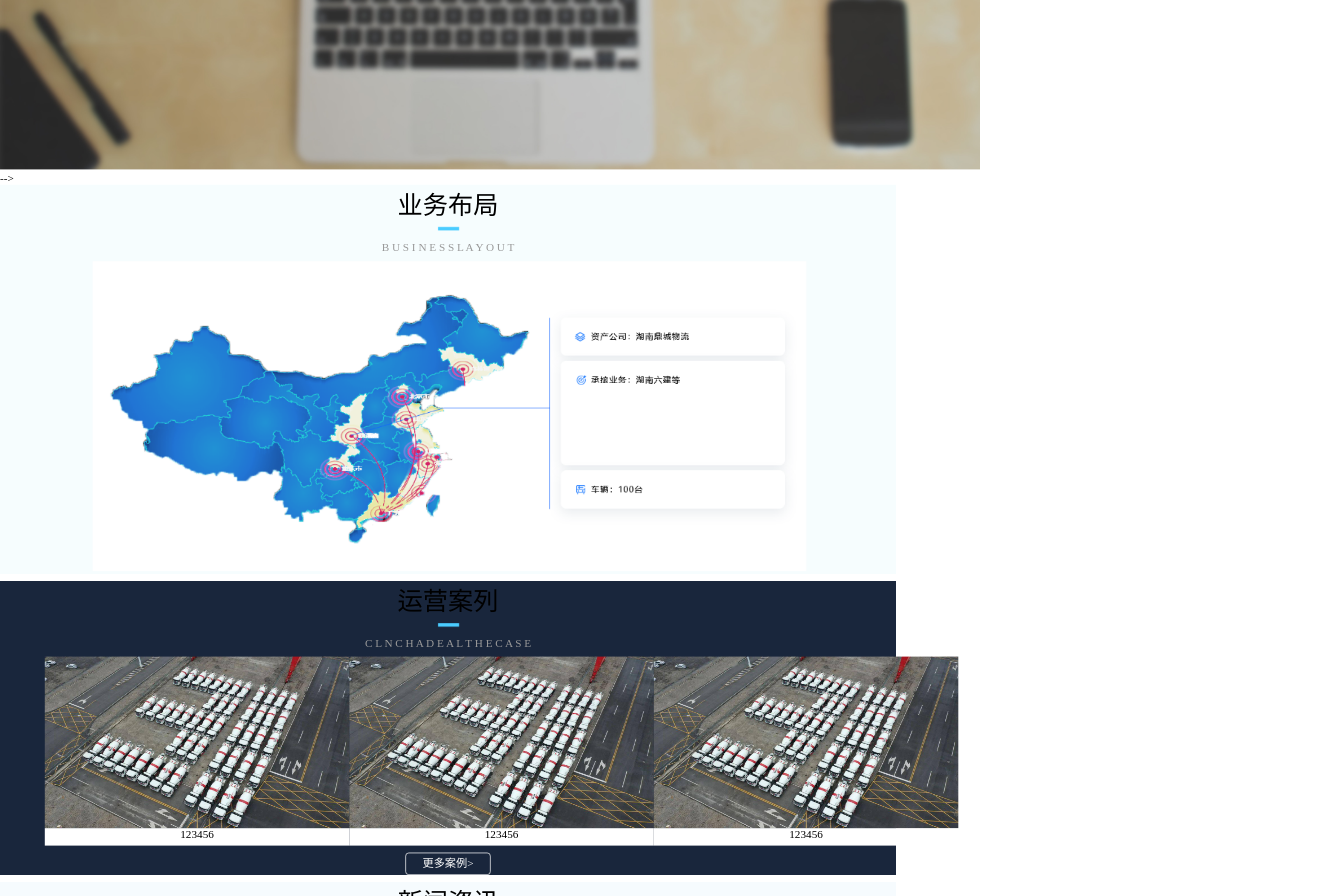
Repository: nzrdjdj/nzrdjdj.github.io
Page: index.html
An editor plug-in stored every save of this project. The page is shown before and after the next save, followed by the edit.
The browser window is 1280 px wide. The page is 1920 px wide, so the pictures cover 1920 px, including what lies to the right of the window. The pictures show the part of the page from y = 2060 to 3340 px (the page is 4360 px tall before and 4342 px after), at 70% of full size.

Above is the page before, as saved 2021-10-09 09:59:02.

### index.html
<!DOCTYPE html>
<html lang="en">

<head>
    <meta charset="UTF-8">
    <meta http-equiv="X-UA-Compatible" content="IE=edge">
    <meta name="viewport" content="width=device-width, initial-scale=1.0">
    <title>首页</title>
    <link rel="stylesheet" href="./css/index.css">
    <link rel="stylesheet" href="./css/lunbo.css">
</head>

<script>
    // var nei = document.getElementById("ab").children;
    // var left = document.getElementsByClassName("left")[0];
    // var lunbo = document.getElementsByClassName("lunbo")[0];
    // var right = document.getElementsByClassName("right")[0];
    // var bu = document.getElementById("bu").children;
    // var index = 0

    // function str() {
    //     index++
    //     if (index >= 6) {
    //         index = 0;
    //     }
    //     main()
    // }

    // function main() {
    //     for (var i = 0; i < nei.length; i++) {
    //         nei[i].style.display = "none"
    //         bu[i].classList.remove("hei")
    //     }
    //         nei[index].style.display = "block"
    //         bu[index].classList.add("hei")
    // }

    // item = setInterval(str, 2000)
    // // 自动轮播


    // lunbo.onmouseover = function () {
    //     clearInterval(item)
    // }
    // lunbo.onmouseout = function () {
    //     item = setInterval(str, 2000)
    // }

    // // 左右按钮

    // left.onclick = function () {
    //     index--;
    //     if (index < 0) {
    //         index = nei.length - 1
    //     }
    //     main()
    // }

    // right.onclick = function () {
    //     index++;
    //     if (index >= nei.length) {
    //         index = 0
    //     }
    //     main()
    // }

    // // 底部按钮

    // for (var i = 0; i < bu.length; i++) {
    //     bu[i].index = i;
    //     bu[i].onclick = function () {
    //         index = this.index;
    //         for (var j = 0; j < bu.length; j++) {
    //             main()
    //         }

    //     }
    // }
</script>

<body>
    <div class="all">
        <div class="head">
            <div class="lunbo">
                <div class="lunbo1" id="ab">
                    <img style="display: block;" src="./images/slider/bg1.png" alt="">
                    <img src="./images/slider/bg3.jpg" />
                    <img src="./images/slider/bg2.jpg" /> -->
                </div>
                <!-- <img src="./images/slider/bg1.png" />
                <img src="./images/slider/bg3.jpg" />
                <img src="./images/slider/bg2.jpg" /> -->
            </div>
            <div class="head-title">
                <div class="head-nav">
                    <div class="left">
                        <image class="" src="./images/logo.png" mode="widthFix" />
                    </div>
                    <div class="right">
                        <div class="hover">首页</div>
                        <div>公司概况</div>
                        <div>运输物流</div>
                        <div>机械租凭</div>
                        <div>矿山骨料</div>
                        <div>联系我们</div>
                        <div>砼达云平台</div>
                        <div>
                            <image class="" src="./images/dl.png" "/>
                            登录
                        </div>
                    </div>
                </div>
            </div>
        </div>
        <div class=" main">
                                <!-- 业务 -->
                                <div class="firstmain">
                                    <div class="firstmain-info">业务布局</div>
                                    <div class="first-border">
                                        <image class="" src="./images/partners/bar.png" />
                                    </div>
                                    <div class="colorstyle">B U S I N E S S L A Y O U T</div>
                                    <div class="main-img">
                                        <image style="width: 80%;margin-top: 10px;" src="./images/partners/map.png"
                                            mode="widthFix" />
                                    </div>
                                </div>
                                <!-- 运营 -->
                                <div class="mainCenter">
                                    <div class="firstmain-info">运营案列</div>
                                    <div class="first-border">
                                        <image class="" src="./images/partners/bar.png" />
                                    </div>
                                    <div class="colorstyle">C L N C H A D E A L T H E C A S E</div>
                                    <div class="pgimg">
                                        <div class="img">
                                            <div class="yui">
                                                <image style="width: 435px;height: 245px;"
                                                    src="./images/partners/car2.png" />
                                                <div class="zzhao">
                                                    <div>查看案例详情</div>
                                                </div>
                                            </div>
                                            <div class="icon">123456</div>
                                        </div>
                                        <div class="img">
                                            <div class="yui">
                                                <image style="width: 435px;height: 245px;"
                                                    src="./images/partners/car2.png" />
                                                <div class="zzhao">
                                                    <div>查看案例详情</div>
                                                </div>
                                            </div>
                                            <div class="icon">123456</div>
                                        </div>
                                        <div class="img">
                                            <div class="yui">
                                                <image style="width: 435px;height: 245px;"
                                                    src="./images/partners/car2.png" />
                                                <div class="zzhao">
                                                    <div>查看案例详情</div>
                                                </div>
                                            </div>
                                            <div class="icon">123456</div>
                                        </div>
                                    </div>
                                    <div class="anli">
                                        <div>更多案例></div>
                                    </div>
                                </div>
                                <!-- 新闻资讯 -->
                                <div class="ctenrnew">
                                    <div class="xinwen">
                                        <div class="firstmain-info">新闻资讯</div>
                                        <div class="first-border">
                                            <image class="" src="./images/partners/bar.png" />
                                        </div>
                                        <div class="colorstyle">N E W S A N D infomation</div>
                                    </div>
                                    <div class="news">
                                        <div style="    padding-top: 22px;">
                                            <div>
                                                <image style="width: 435px;height: 245px;"
                                                    src="./images/partners/car2.png" />
                                            </div>
                                            <div style="width: 435px;">
                                                展会预告| 与您相约2021年长沙国际工程机械展览会<br>
                                                <span
                                                    style="color: gray;">2021长沙国际工程机械展览会将于5月19日在长沙国际会展中心拉开帷幕。这将是今年全球唯一举办的30万平方米超大型工程机械行业展会。</span>
                                            </div>
                                        </div>
                                        <div>
                                            <div
                                                style="height: 125px; margin-top: 20px; background-color: #fff;margin-left:10px;">
                                                <div style="display: flex;">
                                                    <div style="margin-left: 20px; margin-top: 20px;">
                                                        <div style="color: gray;font-size: 24px;">15</div>
                                                        <div style="color: gray;margin-top: 30px;">2021-03</div>
                                                    </div>
                                                    <div style="padding: 15px; line-height: 30px;">
                                                        <div>混凝土泵车的使用应注意哪些事项</div>
                                                        <span
                                                            style="color: gray;margin-top: 30px;padding-top: 20px; margin-left: 10px;">凝土泵车在进行各项操作时应有专业<br>的操作人员对其进行系统的培训...</span>
                                                    </div>
                                                </div>
                                            </div>
                                            <div
                                                style="height: 125px; margin-top: 20px; background-color: #fff;margin-left:10px;">
                                                <div style="display: flex;">
                                                    <div style="margin-left: 20px; margin-top: 20px;">
                                                        <div style="color: gray;font-size: 24px;">15</div>
                                                        <div style="color: gray;margin-top: 30px;">2021-03</div>
                                                    </div>
                                                    <div style="padding: 15px; line-height: 30px;">
                                                        <div>混凝土泵车的使用应注意哪些事项</div>
                                                        <span
                                                            style="color: gray;margin-top: 30px;padding-top: 20px; margin-left: 10px;">凝土泵车在进行各项操作时应有专业<br>的操作人员对其进行系统的培训...</span>
                                                    </div>
                                                </div>
                                            </div>
                                        </div>
                                        <div>
                                            <div
                                                style="height: 125px; margin-top: 20px; background-color: #fff;margin-left:10px;">
                                                <div style="display: flex;">
                                                    <div style="margin-left: 20px; margin-top: 20px;">
                                                        <div style="color: gray;font-size: 24px;">15</div>
                                                        <div style="color: gray;margin-top: 30px;">2021-03</div>
                                                    </div>
                                                    <div style="padding: 15px; line-height: 30px;">
                                                        <div style="color: #56CFFF;">混凝土泵车的使用应注意哪些事项</div>
                                                        <span
                                                            style="color: gray;margin-top: 30px;padding-top: 20px; margin-left: 10px;">凝土泵车在进行各项操作时应有专业<br>的操作人员对其进行系统的培训...</span>
                                                    </div>
                                                </div>
                                            </div>
                                            <div
                                                style="height: 125px; margin-top: 20px; background-color: #fff;margin-left:10px;">
                                                <div style="display: flex;">
                                                    <div style="margin-left: 20px; margin-top: 20px;">
                                                        <div style="color: gray;font-size: 24px;">15</div>
                                                        <div style="color: gray;margin-top: 30px;">2021-03</div>
                                                    </div>
                                                    <div style="padding: 15px; line-height: 30px;">
                                                        <div>混凝土泵车的使用应注意哪些事项</div>
                                                        <span
                                                            style="color: gray;margin-top: 30px;padding-top: 20px; margin-left: 10px;">凝土泵车在进行各项操作时应有专业<br>的操作人员对其进行系统的培训...</span>
                                                    </div>
                                                </div>
                                            </div>
                                        </div>
                                    </div>
                                </div>
                                <!-- 关于我们 -->
                                <div class="about">
                                    <div class="xinwen">
                                        <div class="ab">关于我们</div>
                                        <div class="first-border">
                                            <image class="" src="./images/partners/bar.png" />
                                        </div>
                                        <div class="colorstyle">A B 0 U T US</div>
                                    </div>
                                    <div class="aboutinfo">
                                        <div class="oneaboutinfo">
                                            <div style="padding-left:10px;"> 砼 达 科 技 是 一 家 服 务 于 混 凝 土 及 原 材 料 生 产 、 物 流
                                                、 施 工 的 共 享 智 能 化 平 台 。</div>
                                            <div>愿 景 ： 推 动 混 凝 土 产 业 数 字 文 明 进 程 ， 打 造 混 凝 土 高 效 流 通 生 态 圈 ; </div>
                                            <div>使 命 ： 打 造 一 个 社 会 化 高 度 协 同 、 智 慧 的 工 程 机 械 物 联 网 运 营 平 台 </div>
                                            <div> 核 心 价 值 观 ： 服 务 创 造 价 值 ， 专 业 赢 得 信 任 ， 坚 持 成 就 梦 想 ， 奋 斗 改 变 生 活
                                            </div>
                                        </div>
                                        <div>
                                            <image style="height:200px;width: 460px;" src="./images/partners/city.png"
                                                mode="widthFix" />
                                        </div>
                                    </div>
                                </div>
                        </div>
                    </div>
                    <div class="footer">
                        <div class="footerinfo">
                            <div class="left">
                                <div>
                                    <image style="margin-top: 30px;" src="./images/banner1.png" />
                                </div>
                                <div style="display: flex; justify-content: space-between;width: 700px;">
                                    <div style="margin-top: 10px; margin-left: -10px;">
                                        <image src="" />
                                        📞 电 话: 1 5 0 8 4 9 3 5 5 5 5
                                    </div>
                                    <div style="margin-top: 10px;">📫 邮 箱: 1 2 3 7 1 5 8 3 0 @ qq.com</div>
                                </div>
                                <div style="margin-top: 10px;">
                                    地址:长 沙 市 雨 花 区 德 思 勤 广 场 1 栋 605室
                                </div>
                                <div style="margin-top: 10px;">
                                    友情链接 : 长沙鼎宸机械设备租赁有限公司 | 湖南鼎宸物流有限公司 | 湖南砼达物流有限公司 | 湖南鑫铅锂新能源科技有限公司 | 贵州砼达科技有限公司
                                </div>
                            </div>
                            <div class="right">
                                <div style="text-align: center;">
                                    <div style="color: #fff;">关于我们</div>
                                    <div class="font">砼达简介</div>
                                    <div class="font">商混物流</div>
                                    <div class="font">机械租凭</div>
                                    <div class="font">矿山骨科</div>
                                </div>
                                <div>
                                    <div style="color: #fff;">关注我们<span
                                            style="color: gray;font-size: 12px;">(扫一扫)</span></div>
                                    <div class="ewm"></div>
                                </div>
                            </div>
                        </div>
                        <div class="last">
                            <div class="last-info font"></div>
                            <div class="font">Copyight 2012-2015 砼达科技 版权所有 honghu.com 湘ICP备15019654号.</div>
                        </div>
                    </div>
</body>

</html>

### css/index.css
*{
    margin: 0;
    padding: 0;
}
.head-title{
    position: relative;
    line-height: 70px;
    top: 0;
    left: 0;
    width: 100%;
    position: fixed;
    background-color: #205B7E;
    height: 70px;
    z-index:99;
}
.head-nav{
    width: 80%;
    margin: 0 auto;
    display: flex;
}
.head-nav .left{
    flex: 1;
    margin-top: 10px;
}
.head-nav div{
    height: 55px;
}
.head-title .right{
    display: flex;
    color: #fff;
    width: 880px;
    cursor: pointer;
    justify-content: space-around;
}

.hover{
    border-bottom: 4px solid #49C5F6;
    text-align: center;
}

/* 轮播 */
.haed-logo{
    display: flex;
    overflow: hidden;

}
.haed-logo img{
    /* position: absolute; */
    width: 100%;
    float: right;
    border: 1px solid red;
}



/* main */
.main{
    width: 100%;
    position: relative;
}
.firstmain{
    text-align: center;
    background-color: #F6FDFE;
}
.firstmain-info{
    font-size: 36px;
}
.colorstyle{
    margin-top: 10px;
    color: #999999;
}
.mainCenter{
    /* background: url(../images/service/logo.png); */
    margin-top: 10px;
    text-align: center;
    background-color: #19263C;
}
.pgimg{
    display: flex;
    width: 90%;
    margin: 0 auto;
    margin-top: 10px;
    justify-content: space-between;
}
.yui{
    height: 245px;
}
.icon{
    width: 435px;
    height: 25px;
    background: #fff;
}
.zzhao{
    font-size: 15px;
    width: 435px;
    height: 245px;
    background: rgba(0, 0, 0, 0.5);
    position: absolute;
    margin-top: -249px;
    display: none;
}
.yui:hover .zzhao{

    display: block;
}
.zzhao div{
    color:#49C5F6;
    padding: 10px;
    border: 1px solid #49C5F6;
    width: 100px;
    margin: 100px auto;
    cursor: pointer;
}
.anli{
    color: #fff;
    padding: 10px;
    border: 1px solid #fff;
    width: 100px;
    height: 10px;
    border-radius: 5px;
    cursor: pointer;
    margin: 10px auto;
    text-align: center;
    line-height: 10px;
}
.xinwen{
    margin-top: 10px;
    text-align: center;
}
.news{
    width: 80%;
    margin: 10px auto;
    display: flex;
}
.news div{
   /* flex: 1; */

}
.ctenrnew{

    background-color: #F6FBFE;
}
.about{
    background-color: #0E0F1B;
    height: 330px;
}
.ab{
    color:#fff;
    font-size: 36px;
}
.aboutinfo{
    display: flex;
    width: 80%;
    margin: 0 auto;
}
.oneaboutinfo{
    width: 65%;
}
.aboutinfo{
    margin-top: 10px;
}
.oneaboutinfo div{
    padding: 10px;
    font-size: 12px;
    color: #fff;
}
.footer{
    width: 100%;
    height: 225px;
    background-color: #1B222E;
    margin-top: -10px;
}
.footerinfo{
    display: flex;
    width: 80%;
    margin: 10px auto;
}
.left{
    color: gray;
    font-size: 12px;
}
.right{
    margin-top: 10px;
    width: 20%;
    display: flex;
    justify-content: space-between;
}
.font{
    margin-top: 10px;
    color: gray;
    font-size: 12px;
}
.ewm{
    margin-top: 10px;
    width: 70px;
    height: 70px;
    background-color: #fff;
}
.last{
    width: 80%;
    margin: 0 auto;
}
.last-info{
    border-top: 1px solid gray;
}

### css/lunbo.css
#lunbo img{
    width: 1519px;
    height: 730px;
}

After the next save:
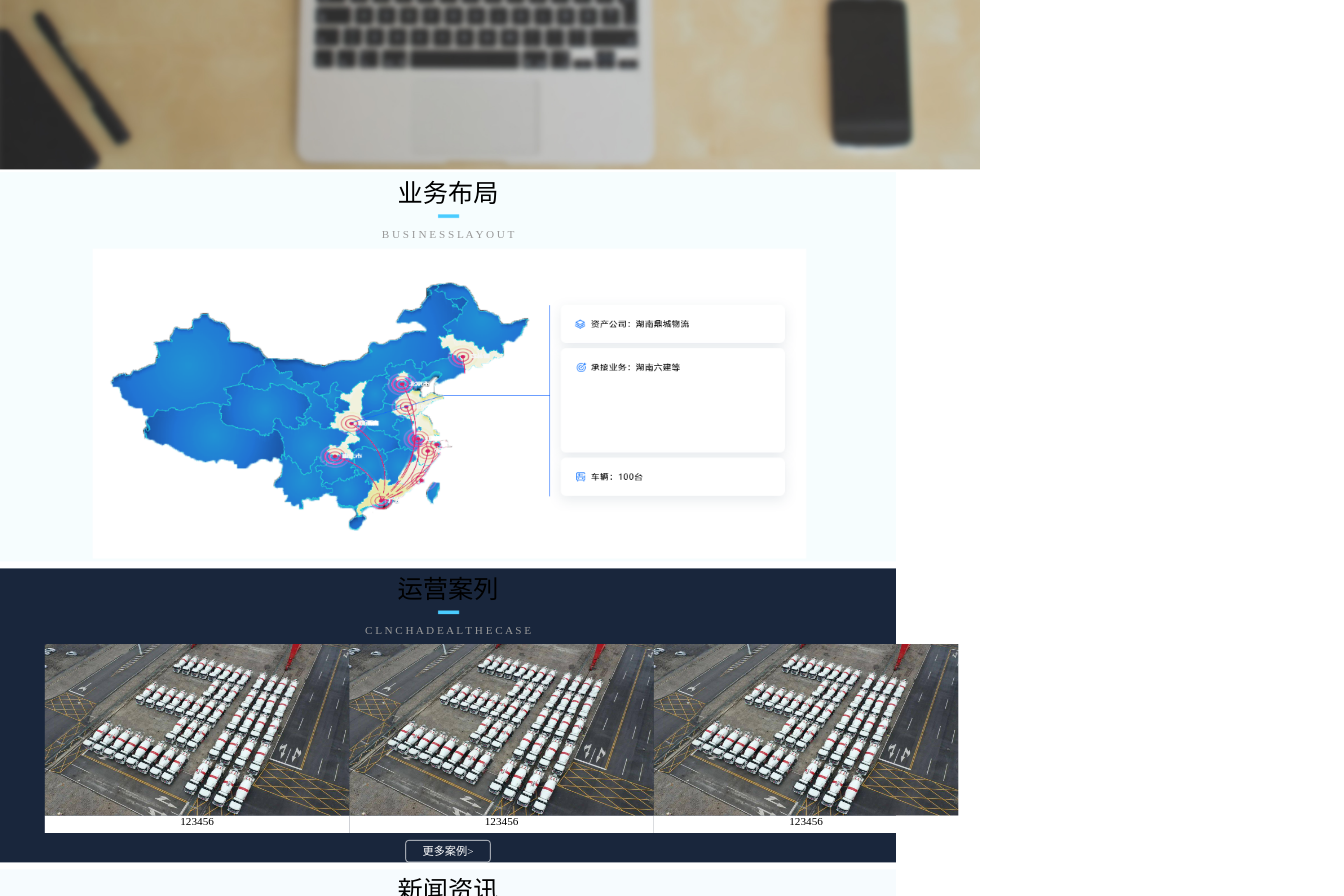
Saved 36 s later.
--- a/index.html
+++ b/index.html
@@ -85,7 +85,7 @@
                 <div class="lunbo1" id="ab">
                     <img style="display: block;" src="./images/slider/bg1.png" alt="">
                     <img src="./images/slider/bg3.jpg" />
-                    <img src="./images/slider/bg2.jpg" /> -->
+                    <img src="./images/slider/bg2.jpg" />
                 </div>
                 <!-- <img src="./images/slider/bg1.png" />
                 <img src="./images/slider/bg3.jpg" />
